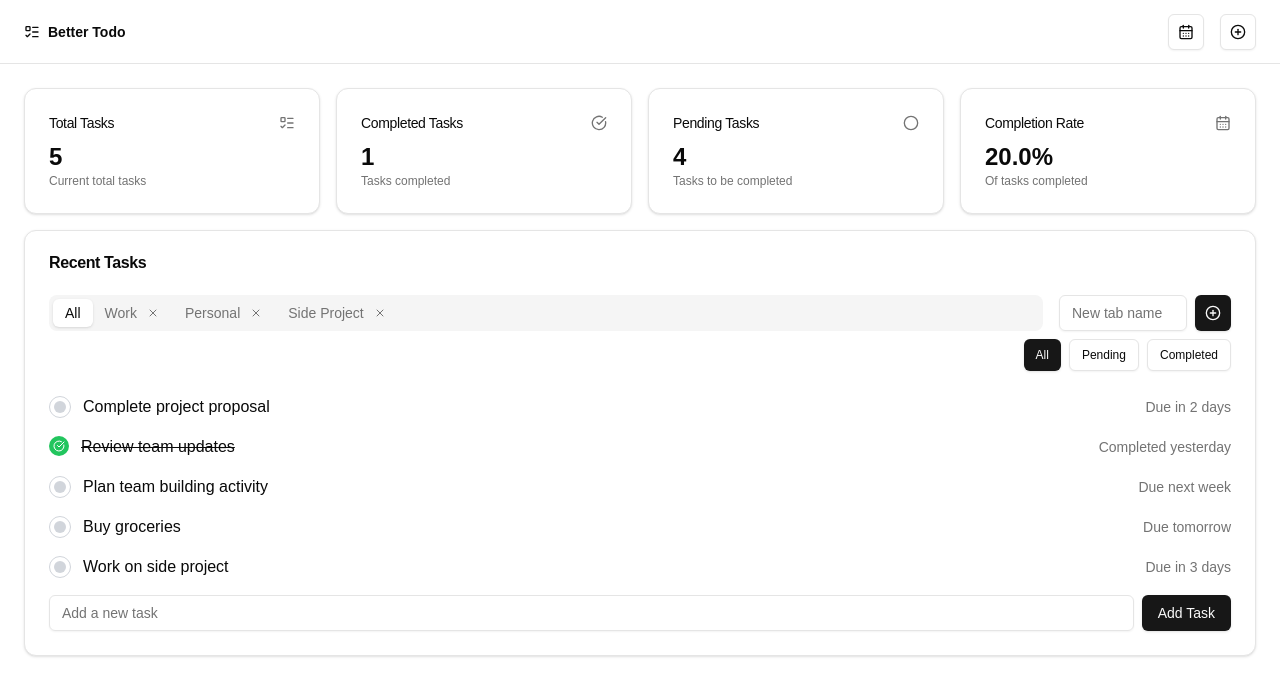
Repository: malikbarbier7/better-todo
Page: /dashboard
These files come from the project's save history. The page is drawn as it stood at one moment and after the next save; the edit follows.
The browser window is 1280 px wide. The pictures show the whole page.
The project was rebuilt for these pictures with package versions that can differ from the ones it lists, and the page was loaded fresh each time. The framework's server and built-in components were replaced by stand-ins that run in the browser. Also part of the build but not shown: next.config.js, next.config.mjs.

Above is the page before, as saved 2024-10-04 10:48:47.

### app/dashboard/page.tsx
import { Dashboard } from '@/components/dashboard'

export default function DashboardPage() {
  return <Dashboard />
}

### components/dashboard.tsx
'use client'

import React from 'react'
import { Button } from "@/components/ui/button"
import { Card, CardContent, CardHeader, CardTitle } from "@/components/ui/card"
import { Input } from "@/components/ui/input"
import { Tabs, TabsContent, TabsList, TabsTrigger } from "@/components/ui/tabs"
import { CalendarDays, CheckCircle, Circle, ListTodo, PlusCircle, X } from "lucide-react"

export function Dashboard() {
  const [tabs, setTabs] = React.useState(['All', 'Work', 'Personal', 'Side Project'])
  const [activeTab, setActiveTab] = React.useState('All')
  const [newTabName, setNewTabName] = React.useState('')
  const [newTaskName, setNewTaskName] = React.useState('')
  const [tasks, setTasks] = React.useState({
    'All': [
      { id: 1, name: 'Complete project proposal', status: 'pending', category: 'Work', dueDate: 'Due in 2 days' },
      { id: 2, name: 'Review team updates', status: 'completed', category: 'Work', dueDate: 'Completed yesterday' },
      { id: 3, name: 'Plan team building activity', status: 'pending', category: 'Work', dueDate: 'Due next week' },
      { id: 4, name: 'Buy groceries', status: 'pending', category: 'Personal', dueDate: 'Due tomorrow' },
      { id: 5, name: 'Work on side project', status: 'pending', category: 'Side Project', dueDate: 'Due in 3 days' },
    ],
    'Work': [
      { id: 1, name: 'Complete project proposal', status: 'pending', category: 'Work', dueDate: 'Due in 2 days' },
      { id: 2, name: 'Review team updates', status: 'completed', category: 'Work', dueDate: 'Completed yesterday' },
      { id: 3, name: 'Plan team building activity', status: 'pending', category: 'Work', dueDate: 'Due next week' },
    ],
    'Personal': [
      { id: 4, name: 'Buy groceries', status: 'pending', category: 'Personal', dueDate: 'Due tomorrow' },
    ],
    'Side Project': [
      { id: 5, name: 'Work on side project', status: 'pending', category: 'Side Project', dueDate: 'Due in 3 days' },
    ],
  })

  const [taskFilter, setTaskFilter] = React.useState('all')

  const handleAddTab = () => {
    if (newTabName && !tabs.includes(newTabName)) {
      setTabs([...tabs, newTabName])
      setTasks({ ...tasks, [newTabName]: [] })
      setActiveTab(newTabName)
      setNewTabName('')
    }
  }

  const handleRemoveTab = (tab: string) => {
    if (tab !== 'All') {
      const newTabs = tabs.filter(t => t !== tab)
      const { [tab]: removedTasks, ...restTasks } = tasks
      setTabs(newTabs)
      setTasks(restTasks)
      setActiveTab('All')
    }
  }

  const handleAddTask = (e: React.FormEvent) => {
    e.preventDefault()
    if (newTaskName) {
      const newTask = {
        id: Date.now(),
        name: newTaskName,
        status: 'pending',
        category: activeTab === 'All' ? 'Uncategorized' : activeTab,
        dueDate: 'Not set'
      }
      setTasks(prevTasks => ({
        ...prevTasks,
        [activeTab]: [...prevTasks[activeTab], newTask],
        'All': [...prevTasks['All'], newTask]
      }))
      setNewTaskName('')
    }
  }

  const handleTaskStatusChange = (taskId: string, newStatus: 'completed' | 'pending') => {
    setTasks(prevTasks => {
      const updatedTasks = { ...prevTasks };
      for (const category in updatedTasks) {
        updatedTasks[category] = updatedTasks[category].map(task =>
          task.id.toString() === taskId ? { ...task, status: newStatus } : task
        );
      }
      return updatedTasks;
    });
  };

  // Calculer le nombre total de tâches
  const totalTasks = tasks['All'].length;

  // Calculer le nombre de tâches complétées
  const completedTasks = tasks['All'].filter(task => task.status === 'completed').length;

  // Calculer le nombre de tâches en attente
  const pendingTasks = totalTasks - completedTasks;

  // Calculer le taux de complétion
  const completionRate = totalTasks > 0 ? ((completedTasks / totalTasks) * 100).toFixed(1) : '0.0';

  const filteredTasks = React.useMemo(() => {
    return tasks[activeTab]?.filter(task => {
      if (taskFilter === 'all') return true;
      if (taskFilter === 'pending') return task.status === 'pending';
      if (taskFilter === 'completed') return task.status === 'completed';
      return true;
    }) || [];
  }, [tasks, activeTab, taskFilter]);

  return (
    <div className="flex flex-col min-h-screen">
      <header className="flex items-center h-16 px-4 border-b shrink-0 md:px-6">
        <nav className="flex-1">
          <ul className="flex items-center gap-4 text-sm font-medium">
            <li className="flex items-center gap-2">
              <ListTodo className="w-4 h-4" />
              <span className="font-bold">Better Todo</span>
            </li>
          </ul>
        </nav>
        <div className="flex items-center gap-4 md:gap-2 lg:gap-4">
          <Button variant="outline" size="icon">
            <CalendarDays className="w-4 h-4" />
            <span className="sr-only">View calendar</span>
          </Button>
          <Button variant="outline" size="icon">
            <PlusCircle className="w-4 h-4" />
            <span className="sr-only">Create new task</span>
          </Button>
        </div>
      </header>
      <main className="flex-1 overflow-auto p-4 md:p-6">
        <div className="grid gap-4 md:grid-cols-2 lg:grid-cols-4">
          <Card>
            <CardHeader className="flex flex-row items-center justify-between pb-2 space-y-0">
              <CardTitle className="text-sm font-medium">Total Tasks</CardTitle>
              <ListTodo className="w-4 h-4 text-muted-foreground" />
            </CardHeader>
            <CardContent>
              <div className="text-2xl font-bold">{totalTasks}</div>
              <p className="text-xs text-muted-foreground">Current total tasks</p>
            </CardContent>
          </Card>
          <Card>
            <CardHeader className="flex flex-row items-center justify-between pb-2 space-y-0">
              <CardTitle className="text-sm font-medium">Completed Tasks</CardTitle>
              <CheckCircle className="w-4 h-4 text-muted-foreground" />
            </CardHeader>
            <CardContent>
              <div className="text-2xl font-bold">{completedTasks}</div>
              <p className="text-xs text-muted-foreground">Tasks completed</p>
            </CardContent>
          </Card>
          <Card>
            <CardHeader className="flex flex-row items-center justify-between pb-2 space-y-0">
              <CardTitle className="text-sm font-medium">Pending Tasks</CardTitle>
              <Circle className="w-4 h-4 text-muted-foreground" />
            </CardHeader>
            <CardContent>
              <div className="text-2xl font-bold">{pendingTasks}</div>
              <p className="text-xs text-muted-foreground">Tasks to be completed</p>
            </CardContent>
          </Card>
          <Card>
            <CardHeader className="flex flex-row items-center justify-between pb-2 space-y-0">
              <CardTitle className="text-sm font-medium">Completion Rate</CardTitle>
              <CalendarDays className="w-4 h-4 text-muted-foreground" />
            </CardHeader>
            <CardContent>
              <div className="text-2xl font-bold">{completionRate}%</div>
              <p className="text-xs text-muted-foreground">Of tasks completed</p>
            </CardContent>
          </Card>
        </div>
        <Card className="mt-4">
          <CardHeader>
            <CardTitle>Recent Tasks</CardTitle>
          </CardHeader>
          <CardContent>
            <Tabs value={activeTab} onValueChange={setActiveTab} className="w-full">
              <div className="flex flex-col">
                <div className="mb-4">
                  <div className="flex justify-between items-center">
                    <TabsList className="flex-grow justify-start">
                      {tabs.map((tab) => (
                        <TabsTrigger key={tab} value={tab} className="flex items-center">
                          {tab}
                          {tab !== 'All' && (
                            <Button
                              variant="ghost"
                              size="icon"
                              className="ml-2 h-4 w-4"
                              onClick={(e) => {
                                e.stopPropagation()
                                handleRemoveTab(tab)
                              }}
                            >
                              <X className="h-3 w-3" />
                            </Button>
                          )}
                        </TabsTrigger>
                      ))}
                    </TabsList>
                    <div className="flex items-center space-x-2 ml-4">
                      <Input
                        placeholder="New tab name"
                        value={newTabName}
                        onChange={(e) => setNewTabName(e.target.value)}
                        className="w-32"
                      />
                      <Button onClick={handleAddTab} size="icon">
                        <PlusCircle className="h-4 w-4" />
                      </Button>
                    </div>
                  </div>
                  <div className="flex justify-end mt-2">
                    <div className="flex items-center space-x-2">
                      <Button
                        size="sm"
                        variant={taskFilter === 'all' ? 'default' : 'outline'}
                        onClick={() => setTaskFilter('all')}
                      >
                        All
                      </Button>
                      <Button
                        size="sm"
                        variant={taskFilter === 'pending' ? 'default' : 'outline'}
                        onClick={() => setTaskFilter('pending')}
                      >
                        Pending
                      </Button>
                      <Button
                        size="sm"
                        variant={taskFilter === 'completed' ? 'default' : 'outline'}
                        onClick={() => setTaskFilter('completed')}
                      >
                        Completed
                      </Button>
                    </div>
                  </div>
                </div>
                <div>
                  {tabs.map((tab) => (
                    <TabsContent key={tab} value={tab}>
                      <div className="space-y-4">
                        {filteredTasks.map((task) => (
                          <div key={task.id} className="flex items-center">
                            <div className="relative">
                              {task.status === 'completed' ? (
                                <button
                                  className="p-1 bg-green-500 text-white rounded-full"
                                  onClick={() => handleTaskStatusChange(task.id.toString(), 'pending')}
                                >
                                  <CheckCircle className="w-3 h-3" />
                                </button>
                              ) : (
                                <button
                                  className="p-1 border border-gray-300 rounded-full flex items-center justify-center"
                                  onClick={() => handleTaskStatusChange(task.id.toString(), 'completed')}
                                >
                                  <div className="w-3 h-3 bg-gray-300 rounded-full"></div>
                                </button>
                              )}
                            </div>
                            <span className={`ml-3 flex-1 ${task.status === 'completed' ? 'line-through' : ''}`}>{task.name}</span>
                            <span className="text-sm text-muted-foreground">{task.dueDate}</span>
                          </div>
                        ))}
                      </div>
                      <form onSubmit={handleAddTask} className="mt-4 flex items-center space-x-2">
                        <Input
                          placeholder="Add a new task"
                          value={newTaskName}
                          onChange={(e) => setNewTaskName(e.target.value)}
                          className="flex-grow"
                        />
                        <Button type="submit">Add Task</Button>
                      </form>
                    </TabsContent>
                  ))}
                </div>
              </div>
            </Tabs>
          </CardContent>
        </Card>
      </main>
    </div>
  )
}

### components/ui/button.tsx
import * as React from "react"
import { Slot } from "@radix-ui/react-slot"
import { cva, type VariantProps } from "class-variance-authority"

import { cn } from "@/lib/utils"

const buttonVariants = cva(
  "inline-flex items-center justify-center whitespace-nowrap rounded-md text-sm font-medium transition-colors focus-visible:outline-none focus-visible:ring-1 focus-visible:ring-ring disabled:pointer-events-none disabled:opacity-50",
  {
    variants: {
      variant: {
        default:
          "bg-primary text-primary-foreground shadow hover:bg-primary/90",
        destructive:
          "bg-destructive text-destructive-foreground shadow-sm hover:bg-destructive/90",
        outline:
          "border border-input bg-background shadow-sm hover:bg-accent hover:text-accent-foreground",
        secondary:
          "bg-secondary text-secondary-foreground shadow-sm hover:bg-secondary/80",
        ghost: "hover:bg-accent hover:text-accent-foreground",
        link: "text-primary underline-offset-4 hover:underline",
      },
      size: {
        default: "h-9 px-4 py-2",
        sm: "h-8 rounded-md px-3 text-xs",
        lg: "h-10 rounded-md px-8",
        icon: "h-9 w-9",
      },
    },
    defaultVariants: {
      variant: "default",
      size: "default",
    },
  }
)

export interface ButtonProps
  extends React.ButtonHTMLAttributes<HTMLButtonElement>,
    VariantProps<typeof buttonVariants> {
  asChild?: boolean
}

const Button = React.forwardRef<HTMLButtonElement, ButtonProps>(
  ({ className, variant, size, asChild = false, ...props }, ref) => {
    const Comp = asChild ? Slot : "button"
    return (
      <Comp
        className={cn(buttonVariants({ variant, size, className }))}
        ref={ref}
        {...props}
      />
    )
  }
)
Button.displayName = "Button"

export { Button, buttonVariants }

### components/ui/card.tsx
import * as React from "react"

import { cn } from "@/lib/utils"

const Card = React.forwardRef<
  HTMLDivElement,
  React.HTMLAttributes<HTMLDivElement>
>(({ className, ...props }, ref) => (
  <div
    ref={ref}
    className={cn(
      "rounded-xl border bg-card text-card-foreground shadow",
      className
    )}
    {...props}
  />
))
Card.displayName = "Card"

const CardHeader = React.forwardRef<
  HTMLDivElement,
  React.HTMLAttributes<HTMLDivElement>
>(({ className, ...props }, ref) => (
  <div
    ref={ref}
    className={cn("flex flex-col space-y-1.5 p-6", className)}
    {...props}
  />
))
CardHeader.displayName = "CardHeader"

const CardTitle = React.forwardRef<
  HTMLParagraphElement,
  React.HTMLAttributes<HTMLHeadingElement>
>(({ className, ...props }, ref) => (
  <h3
    ref={ref}
    className={cn("font-semibold leading-none tracking-tight", className)}
    {...props}
  />
))
CardTitle.displayName = "CardTitle"

const CardDescription = React.forwardRef<
  HTMLParagraphElement,
  React.HTMLAttributes<HTMLParagraphElement>
>(({ className, ...props }, ref) => (
  <p
    ref={ref}
    className={cn("text-sm text-muted-foreground", className)}
    {...props}
  />
))
CardDescription.displayName = "CardDescription"

const CardContent = React.forwardRef<
  HTMLDivElement,
  React.HTMLAttributes<HTMLDivElement>
>(({ className, ...props }, ref) => (
  <div ref={ref} className={cn("p-6 pt-0", className)} {...props} />
))
CardContent.displayName = "CardContent"

const CardFooter = React.forwardRef<
  HTMLDivElement,
  React.HTMLAttributes<HTMLDivElement>
>(({ className, ...props }, ref) => (
  <div
    ref={ref}
    className={cn("flex items-center p-6 pt-0", className)}
    {...props}
  />
))
CardFooter.displayName = "CardFooter"

export { Card, CardHeader, CardFooter, CardTitle, CardDescription, CardContent }

### components/ui/input.tsx
import * as React from "react"

import { cn } from "@/lib/utils"

export interface InputProps
  extends React.InputHTMLAttributes<HTMLInputElement> {}

const Input = React.forwardRef<HTMLInputElement, InputProps>(
  ({ className, type, ...props }, ref) => {
    return (
      <input
        type={type}
        className={cn(
          "flex h-9 w-full rounded-md border border-input bg-transparent px-3 py-1 text-sm shadow-sm transition-colors file:border-0 file:bg-transparent file:text-sm file:font-medium file:text-foreground placeholder:text-muted-foreground focus-visible:outline-none focus-visible:ring-1 focus-visible:ring-ring disabled:cursor-not-allowed disabled:opacity-50",
          className
        )}
        ref={ref}
        {...props}
      />
    )
  }
)
Input.displayName = "Input"

export { Input }

### components/ui/tabs.tsx
"use client"

import * as React from "react"
import * as TabsPrimitive from "@radix-ui/react-tabs"

import { cn } from "@/lib/utils"

const Tabs = TabsPrimitive.Root

const TabsList = React.forwardRef<
  React.ElementRef<typeof TabsPrimitive.List>,
  React.ComponentPropsWithoutRef<typeof TabsPrimitive.List>
>(({ className, ...props }, ref) => (
  <TabsPrimitive.List
    ref={ref}
    className={cn(
      "inline-flex h-9 items-center justify-center rounded-lg bg-muted p-1 text-muted-foreground",
      className
    )}
    {...props}
  />
))
TabsList.displayName = TabsPrimitive.List.displayName

const TabsTrigger = React.forwardRef<
  React.ElementRef<typeof TabsPrimitive.Trigger>,
  React.ComponentPropsWithoutRef<typeof TabsPrimitive.Trigger>
>(({ className, ...props }, ref) => (
  <TabsPrimitive.Trigger
    ref={ref}
    className={cn(
      "inline-flex items-center justify-center whitespace-nowrap rounded-md px-3 py-1 text-sm font-medium ring-offset-background transition-all focus-visible:outline-none focus-visible:ring-2 focus-visible:ring-ring focus-visible:ring-offset-2 disabled:pointer-events-none disabled:opacity-50 data-[state=active]:bg-background data-[state=active]:text-foreground data-[state=active]:shadow",
      className
    )}
    {...props}
  />
))
TabsTrigger.displayName = TabsPrimitive.Trigger.displayName

const TabsContent = React.forwardRef<
  React.ElementRef<typeof TabsPrimitive.Content>,
  React.ComponentPropsWithoutRef<typeof TabsPrimitive.Content>
>(({ className, ...props }, ref) => (
  <TabsPrimitive.Content
    ref={ref}
    className={cn(
      "mt-2 ring-offset-background focus-visible:outline-none focus-visible:ring-2 focus-visible:ring-ring focus-visible:ring-offset-2",
      className
    )}
    {...props}
  />
))
TabsContent.displayName = TabsPrimitive.Content.displayName

export { Tabs, TabsList, TabsTrigger, TabsContent }

Loaded but not shown: app/layout.tsx (common file); app/globals.css (common file); lib/utils.ts (common file); tailwind.config.ts (common file)

After the next save:
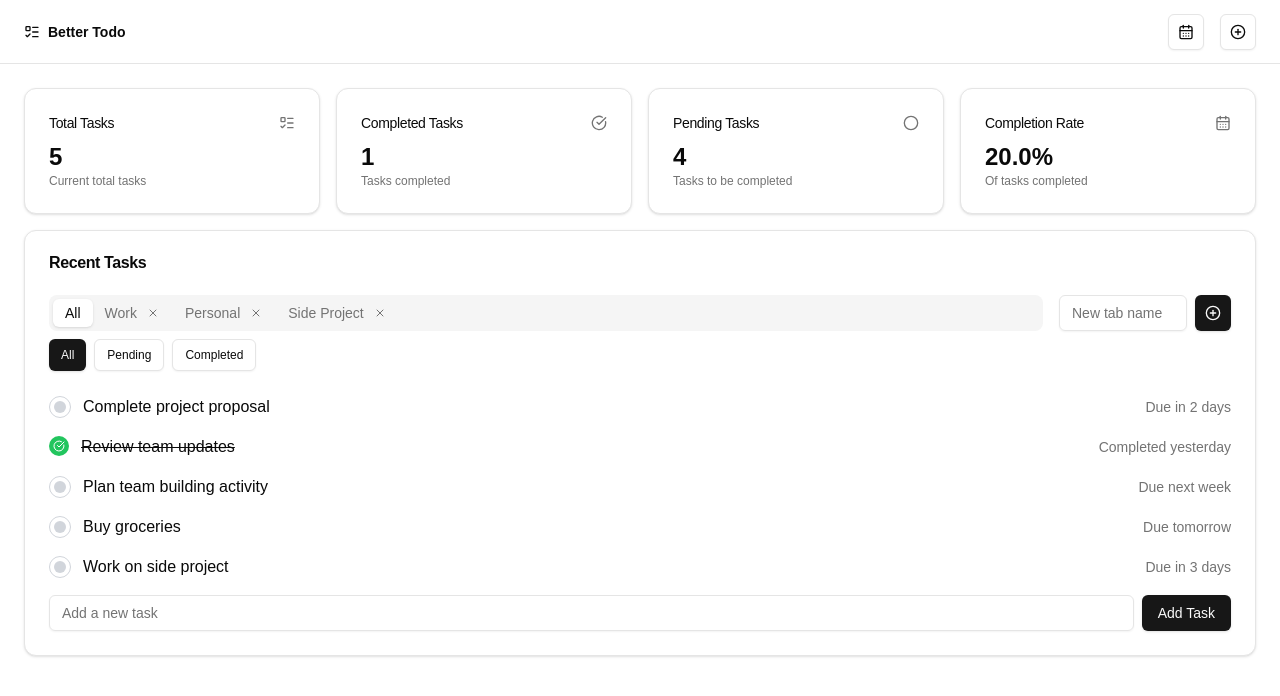
Saved 2 min 32 s later.
--- a/components/dashboard.tsx
+++ b/components/dashboard.tsx
@@ -212,7 +212,7 @@ export function Dashboard() {
                       </Button>
                     </div>
                   </div>
-                  <div className="flex justify-end mt-2">
+                  <div className="flex justify-start mt-2">
                     <div className="flex items-center space-x-2">
                       <Button
                         size="sm"
